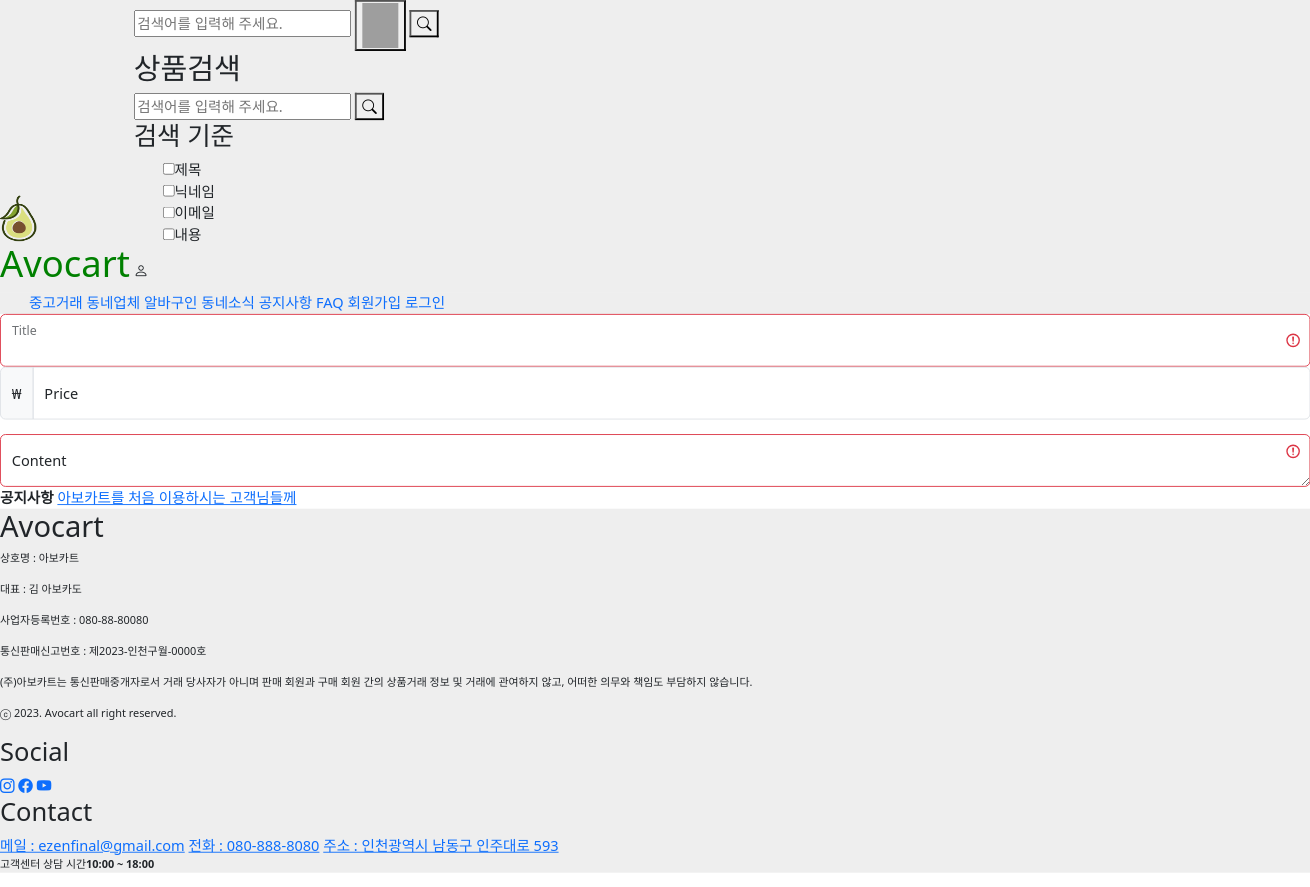
Repository: kimms0311/finalProject
Page: http://localhost/finalProject/WEB-INF/views/joongo/register.jsp
An editor plug-in stored every save of this project. The page is shown before and after the next save, followed by the edit.
The browser window is 1280 px wide. The page is 1440 px wide, so the pictures cover 1440 px, including what lies to the right of the window. The pictures show the whole page, at 91% of full size.
Pictures or frames that could not be fetched are drawn as grey boxes. The page is served by Tomcat 9. Nobody is signed in. The template is opened directly, without the code that normally fills it, so the values that code supplies are empty.

Above is the page before, as saved 2023-11-15 11:15:13.

After the next save:
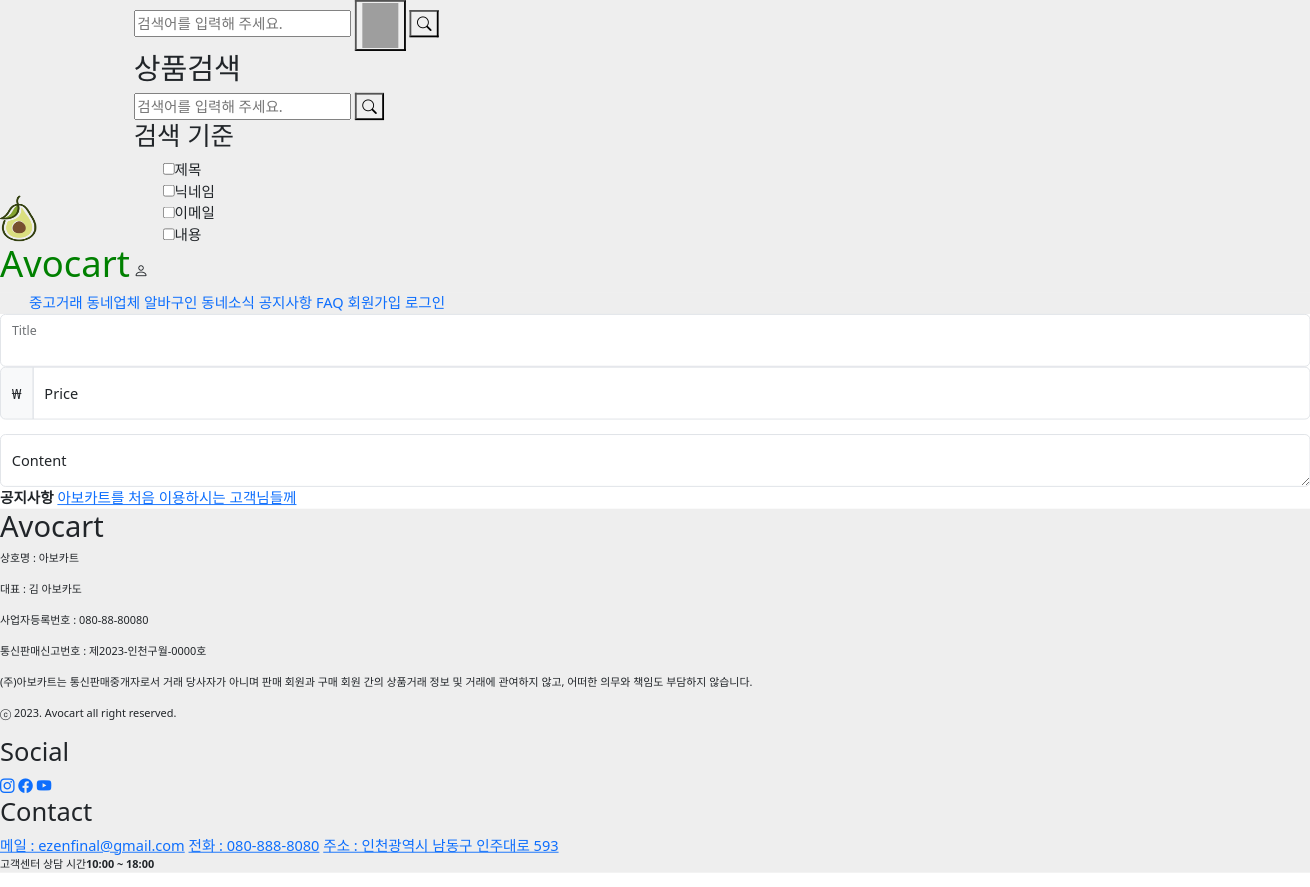
Saved 3 min 44 s later.
--- a/finalProject/src/main/webapp/WEB-INF/views/joongo/register.jsp
+++ b/finalProject/src/main/webapp/WEB-INF/views/joongo/register.jsp
@@ -11,7 +11,7 @@
 <div class="bodyContainer">
 <form action="/joongo/register" method="post">
 	<div class="form-floating">
-		<input type="text" class="form-control is-invalid" id="title" name="proTitle">
+		<input type="text" class="form-control" id="title" name="proTitle">
 		<label for="title">Title</label>
 	</div>
 	<div class="input-group mb-3">
@@ -22,7 +22,7 @@
 	  </div>
 	</div>
 	<div class="form-floating">
-		<textarea class="form-control is-invalid" id="content" name="proContent" placeholder="중고거래 물품 설명"></textarea>
+		<textarea class="form-control" id="content" name="proContent" placeholder="중고거래 물품 설명"></textarea>
 		<label for="content">Content</label>
 	</div>
 </form>
